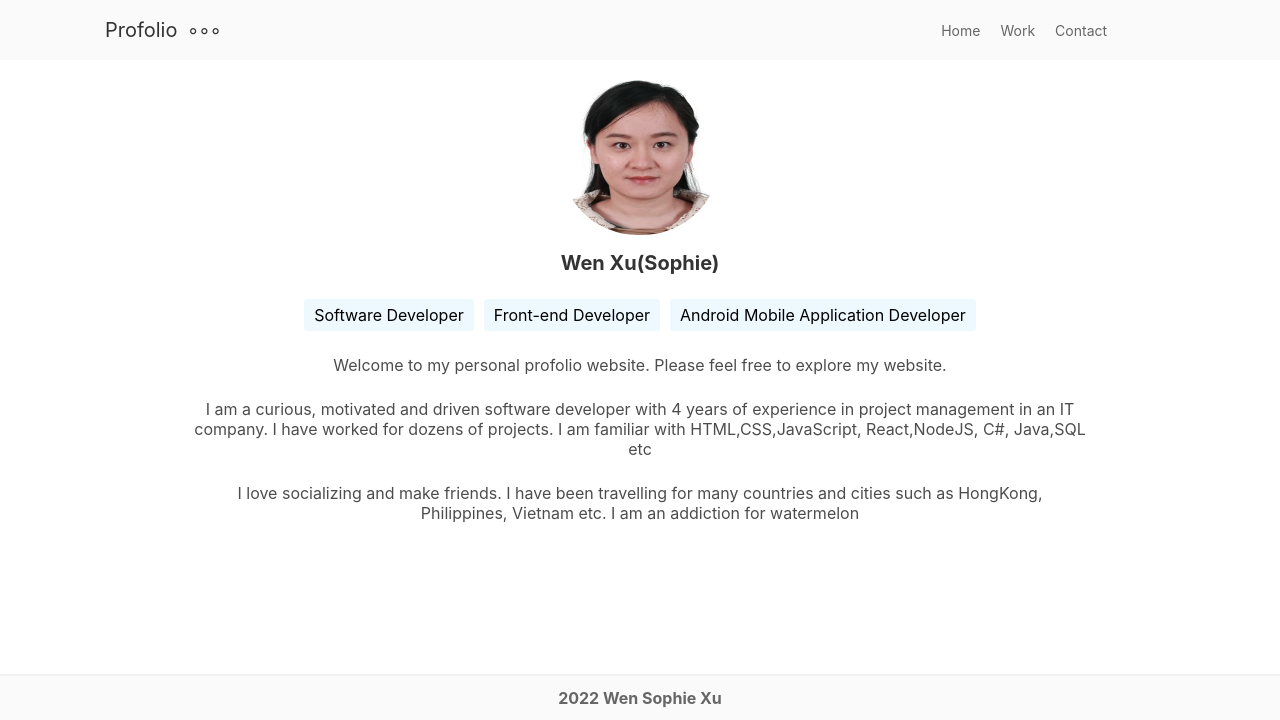
Repository: wenxi0504/myResume_app
Page: /
The author's editor kept a copy of each file at every save. The page is drawn from the files as they stood at one save, then again after the next save.
The browser window is 1280 px wide. The pictures show the whole page.
The project was rebuilt for these pictures with package versions that can differ from the ones it lists, and the page was loaded fresh each time. Also part of the build but not shown: src/pages/WorkPage/index.js, src/pages/WorkPageDetail/index.js, src/pages/Contact/index.js.

Above is the page before, as saved 2022-01-03 15:50:58.

After the next save:
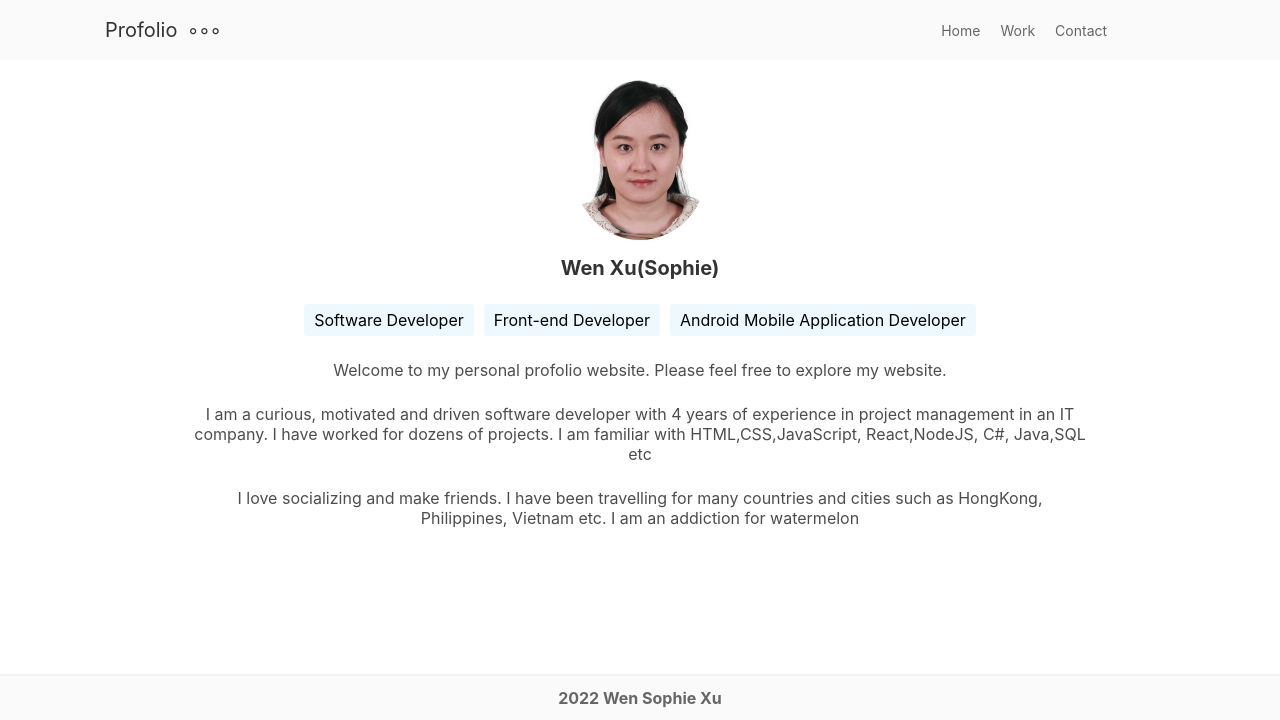
Saved 5 min 5 s later.
--- a/src/pages/HomePage/home.module.scss
+++ b/src/pages/HomePage/home.module.scss
@@ -10,8 +10,8 @@
              font-size: 20px;
            }
            img{
-              width: 160px;
-              height: 155px;
+              width: 130px;
+              height: 160px;
               border-radius: 120px;
               margin-top: 20px;
            }
